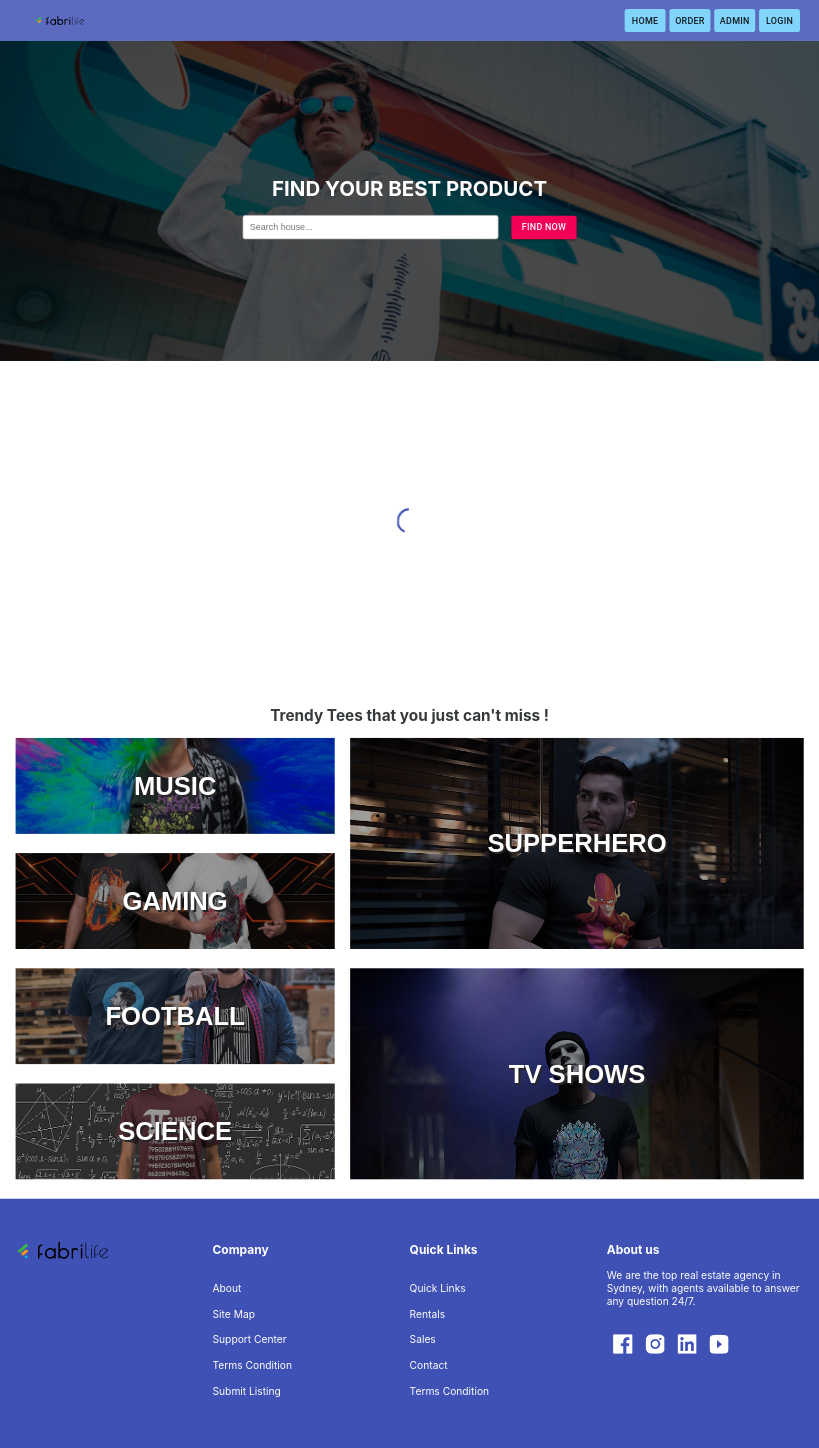
Repository: arif286/fabrilife-E-commerce-client-site
Page: /
The author's editor kept a copy of each file at every save. The page is drawn from the files as they stood at one save, then again after the next save.
The browser window is 1280 px wide. The pictures show the whole page, at 64% of full size.
The page's requests for data from a server got no answer. The project was rebuilt for these pictures with package versions that can differ from the ones it lists, and the page was loaded fresh each time. No one was signed in, and anything a server would have sent is missing. Also part of the build but not shown: src/components/Admin/Admin.css, src/components/Admin/AddEvent/AddEvent.css, src/components/Admin/AddEvent/AddEvent.js, src/components/Admin/ProductManage/ProductManage.js, src/components/Admin/Sidebar/Sidebar.css, src/components/Admin/Sidebar/Sidebar.js, src/components/Admin/Admin.js, src/components/CheckOut/CheckOut.css and 10 more.

Above is the page before, as saved 2021-04-01 20:10:59.

### src/App.js
import React, { createContext, useState } from "react";
import { BrowserRouter as Router, Route, Switch } from "react-router-dom";
import Admin from "./components/Admin/Admin";
import CheckOut from "./components/CheckOut/CheckOut";
import Header from "./components/Header/Header";
import Home from "./components/Home/Home";
import Login from "./components/Login/Login";
import NoMatch from "./components/NoMatch/NoMatch";
import Order from "./components/Order/Order";
import PrivateRoute from "./components/PrivateRoute/PrivateRoute";

export const UserContext = createContext()

function App() {
  const [loggedInUser, setLoggedInUser] = useState({});
  return (
    <UserContext.Provider value={[loggedInUser, setLoggedInUser]}>
      <Router>
        <Header />
        <Switch>
          <Route path="/home">
            <Home />
          </Route>
          <PrivateRoute path="/admin">
            <Admin/>
          </PrivateRoute>
          <PrivateRoute path="/productDetails/:id">
            <CheckOut />
          </PrivateRoute>
          <PrivateRoute path='/order'>
            <Order/>
          </PrivateRoute>
          <Route path="/login">
            <Login />
          </Route>
          <Route exact path="/">
            <Home />
          </Route>
          <Route path="*">
            <NoMatch />
          </Route>
        </Switch>
      </Router>
    </UserContext.Provider>
  );
}

export default App;

### src/components/Header/Header.js
import AppBar from "@material-ui/core/AppBar";
import Button from "@material-ui/core/Button";
import { createMuiTheme, makeStyles } from "@material-ui/core/styles";
import Toolbar from "@material-ui/core/Toolbar";
import Typography from "@material-ui/core/Typography";
import React from "react";
import { NavLink } from "react-router-dom";
import logo from "../../tshirt-shop/logos/fabrilife.svg";
import "./Header.css";



const theme = createMuiTheme({
  palette: {
    primary: {
      light: "#757ce8",
      main: "#3f50b5",
      dark: "#002884",
      contrastText: "#fff",
    },
    secondary: {
      main: "#4fc3f7",
    },
  },
});
const useStyles = makeStyles((theme) => ({
  root: {
    flexGrow: 1,
  },
  menuButton: {
    marginRight: theme.spacing(2),
  },
  title: {
    flexGrow: 1,
  },
  navbar: {
    backgroundColor: "#5c6bc0",
  },
  button: {
    backgroundColor: "#81d4fa",
    marginRight: "6px",
  },
}));

const Header = () => {
  const classes = useStyles();

  return (
    <div className={classes.root}>
      <AppBar className={classes.navbar} position="static">
        <Toolbar>
          <img
            style={{ width: "80px", marginLeft: "30px" }}
            src={logo}
            alt=""
          />
          <Typography variant="h6" className={classes.title}></Typography>
          <NavLink className="header-link" to="/home">
            <Button className={classes.button}>Home</Button>
          </NavLink>
          <NavLink className="header-link" to="/order">
            <Button className={classes.button}>Order</Button>
          </NavLink>
          <NavLink className="header-link" to="/admin">
            <Button className={classes.button}>Admin</Button>
          </NavLink>
          <NavLink className="header-link" to="/login">
            <Button className={classes.button}>Login</Button>
          </NavLink>
        </Toolbar>
      </AppBar>
    </div>
  );
};

export default Header;

### src/components/Home/Home.js
import React from 'react';
import Footer from '../Footer/Footer';
import LatestProduct from '../LatestProduct/LatestProduct';
import SearchBar from '../SearchBar/SearchBar';
import Shop from '../Shop/Shop';

const Home = () => {
    return (
        <>
            <SearchBar/>
            <Shop />
            <LatestProduct />
            <Footer/>
        </>
    );
};

export default Home;

### src/components/Header/Header.css
.header-link {
  text-decoration: none;
}

### src/components/Footer/Footer.js
import { Container, Grid } from "@material-ui/core";
import React from "react";
import { NavLink } from "react-router-dom";
import Logo from "../../tshirt-shop/logos/fabrilife.svg";
import Instagram from "../../tshirt-shop/logos/Vector-1.png";
import Linkedin from "../../tshirt-shop/logos/Vector-2.png";
import YouTube from "../../tshirt-shop/logos/Vector-3.png";
import Facebook from "../../tshirt-shop/logos/Vector.png";
import "./Footer.css";

const Footer = () => {
  const company = [
    { title: "About", id: 1 },
    { title: "Site Map", id: 2 },
    { title: "Support Center", id: 3 },
    { title: "Terms Condition", id: 4 },
    { title: "Submit Listing", id: 5 },
  ];
  const links = [
    { title: "Quick Links", id: 1 },
    { title: "Rentals", id: 2 },
    { title: "Sales", id: 3 },
    { title: "Contact", id: 4 },
    { title: "Terms Condition", id: 5 },
  ];
  return (
    <footer>
      <Container>
        <Grid container>
          <Grid item xs={12} sm={6} md={3}>
            <p>
              <img className="footer-logo" src={Logo} alt="" />
            </p>
          </Grid>
          <Grid item xs={12} sm={6} md={3}>
            <h3 style={{ color: "white" }}>Company</h3>
            {company.map((name) => (
              <div key={name.id}>
                <ul className="footer-link">
                  <li>
                    <NavLink to="/" className="company-list">
                      {name.title}
                    </NavLink>
                  </li>
                </ul>
              </div>
            ))}
          </Grid>
          <Grid item xs={12} sm={6} md={3}>
            <h3 style={{ color: "white" }}>Quick Links</h3>
            {links.map((name) => (
              <div key={name.id}>
                <ul className="footer-link">
                  <li>
                    <NavLink to="/" className="company-list">
                      {name.title}
                    </NavLink>
                  </li>
                </ul>
              </div>
            ))}
          </Grid>
          <Grid item xs={12} sm={6} md={3}>
            <h3 style={{ color: "white" }}>About us</h3>
            <div>
              <p style={{ color: "white" }}>
                We are the top real estate agency in Sydney, with agents
                available to answer any question 24/7.
              </p>
              <div className="social-link">
                <p>
                  <a href="/">
                    <img className="social-img" src={Facebook} alt="" />
                  </a>
                </p>
                <p className="social-link">
                  <a href="/">
                    <img className="social-img" src={Instagram} alt="" />
                  </a>
                </p>
                <p>
                  <a href="/">
                    <img className="social-img" src={Linkedin} alt="" />
                  </a>
                </p>
                <p>
                  <a href="/">
                    <img className="social-img" src={YouTube} alt="" />
                  </a>
                </p>
              </div>
            </div>
          </Grid>
        </Grid>
      </Container>
    </footer>
  );
};

export default Footer;

### src/components/LatestProduct/LatestProduct.js
import { Container, Grid } from '@material-ui/core';
import React from 'react';
import { NavLink } from 'react-router-dom';
import './LatestProduct.css';

const LatestProduct = () => {
    return (
      <Container>
        <h2 style={{ textAlign: "center", color: "#373a3c", marginTop:'40px'}}>
          Trendy Tees that you just can't miss !
        </h2>
        <Grid container spacing={3}>
          <Grid item md={5} sm={12}>
            <div className="music latest-product">
              <NavLink className="img-link" to="/">
                <div className="image-title">
                  <h1>music</h1>
                </div>
              </NavLink>
            </div>
            <div className="gaming latest-product">
              <NavLink className="img-link" to="/">
                <div className="image-title">
                  <h1>gaming</h1>
                </div>
              </NavLink>
            </div>
            <div className="football latest-product">
              <NavLink className="img-link" to="/">
                <div className="image-title">
                  <h1>football</h1>
                </div>
              </NavLink>
            </div>
            <div className="science latest-product">
              <NavLink className="img-link" to="/">
                <div className="image-title">
                  <h1>science</h1>
                </div>
              </NavLink>
            </div>
          </Grid>
          <Grid item sm={12} md={7}>
            <div className="supperHero latest-product">
              <NavLink className="img-link" to="/">
                <div className="image-title">
                  <h1>supperHero</h1>
                </div>
              </NavLink>
            </div>
            <div className="shows latest-product">
              <NavLink className="img-link" to="/">
                <div className="image-title">
                  <h1>Tv shows</h1>
                </div>
              </NavLink>
            </div>
          </Grid>
        </Grid>
      </Container>
    );
};

export default LatestProduct;

### src/components/SearchBar/SearchBar.js
import { Button } from "@material-ui/core";
import React from "react";
import "./SearchBar.css";

const SearchBar = () => {
  return (
    <div className="bgImage">
      <div className="search-bar">
        <h1>Find your best product</h1>
        <div className="search-bar">
          <input placeholder="Search house..." type="text" />
          <Button color="secondary" variant="contained">
            Find Now
          </Button>
        </div>
      </div>
    </div>
  );
};

export default SearchBar;

### src/components/Shop/Shop.js
import { Container, Grid } from "@material-ui/core";
import CircularProgress from "@material-ui/core/CircularProgress";
import { makeStyles } from "@material-ui/core/styles";
import axios from "axios";
import React, { useEffect, useState } from "react";
import ShopCard from "./ShopCard/ShopCard";

const useStyles = makeStyles((theme) => ({
  root: {
    display: "flex",
    justifyContent: "center",
    alignItems: "center",
    height: "500px",
  },
}));
const Shop = () => {
  const classes = useStyles();
     const [event, setEvent] = useState([]);

     useEffect(() => {
       axios
         .get("https://lychee-custard-24286.herokuapp.com/event")
         .then((res) => setEvent(res.data))
         .catch((error) => console.log(error));
     }, []);



    return (
      <div>
        {event.length === 0 ? (
          <div className={classes.root}>
            <CircularProgress />
          </div>
        ) : (
          <Container>
            <Grid container direction="column" alignItems="center">
              <h1> Discover the latest t-shirt available today</h1>
            </Grid>
            <Grid container spacing={4}>
              {event.map((product, index) => (
                <Grid item xs={12} sm={6} md={4}>
                  <ShopCard product={product} key={index} />
                </Grid>
              ))}
            </Grid>
          </Container>
        )}
      </div>
    );
};

export default Shop;

### src/components/Footer/Footer.css
footer {
  background-color: #3f51b5;
  padding-top: 50px;
  padding-bottom: 80px;
}
.footer-logo {
  width: 150px;
}
.footer-link {
  list-style: none;
  display: inline;
}
.company-list {
  text-decoration: none;
  color: white;
}
.company-list:hover {
  color: hotpink;
}
.social-link {
  display: flex;
}

.social-img {
  width: 30px;
  height: 30px;
}

.social-link p {
  padding: 10px;
  display: inline;
}

.social-link p a img:hover {
  background-color: aqua;
}

### src/components/LatestProduct/LatestProduct.css
.music {
  background-image: url("../../tshirt-shop/images/music-min.jpg");
  height: 150px;
}
.latest-product {
  background-repeat: no-repeat;
  background-size: cover;
  position: relative;
  overflow: hidden;
  margin-bottom: 30px;
}
.gaming {
  background-image: url("../../tshirt-shop//images/gaming-min.jpg");
  height: 150px;
}
.football {
  background-image: url("../../tshirt-shop/images/football-min.jpg");
  height: 150px;
}
.science {
  background-image: url("../../tshirt-shop/images/science-min.jpg");
  height: 150px;
}
.supperHero {
  background-image: url("../../tshirt-shop/images/superhero-min.jpg");

  height: 330px;
}
.shows {
  background-image: url("../../tshirt-shop/images/tv-min.jpg");
  height: 330px;
}

.img-link {
  top: 0;
  left: 0;
  display: block;
  overflow: hidden;
  height: 100%;
  width: 100%;
  position: absolute;
  background: #00000061;
}
.image-title {
  position: absolute;
  top: 50%;
  width: 100%;
  text-align: center;
  transform: translateY(-50%);
}
.image-title h1 {
  padding: 10px;
  color: white;
  font-size: 2.5rem;
  text-transform: uppercase;
  font-family: "Fjalla One", sans-serif;
  text-shadow: 3px 3px #272525;
}

### src/components/SearchBar/SearchBar.css
.bgImage {
  background-image: linear-gradient(#000000b3, #000000b3),
    url("../../tshirt-shop/images/websiteheader2.png") !important;
  background-repeat: no-repeat;
  background-size: cover;
  min-height: 500px;
  width: 100%;
  display: flex;
  justify-content: center;
  align-items: center;
}
.search-bar h1 {
  color: white;
  text-transform: uppercase;
}
.search-bar input {
  min-width: 400px;
  display: inline-block;
  box-sizing: border-box;
  padding: 10px;
  border-radius: 4px;
  font-size: 14px;
  border: 1px solid #999999;
  outline: none;
  margin-right: 20px;
}
.search-bar {
  text-align: center;
}

Loaded but not shown: public/index.html (common file); src/index.js (common file); src/index.css (common file); src/reportWebVitals.js (common file); src/components/Shop/ShopCard/ShopCard.css (no stored copy; drawn as an empty file)

After the next save:
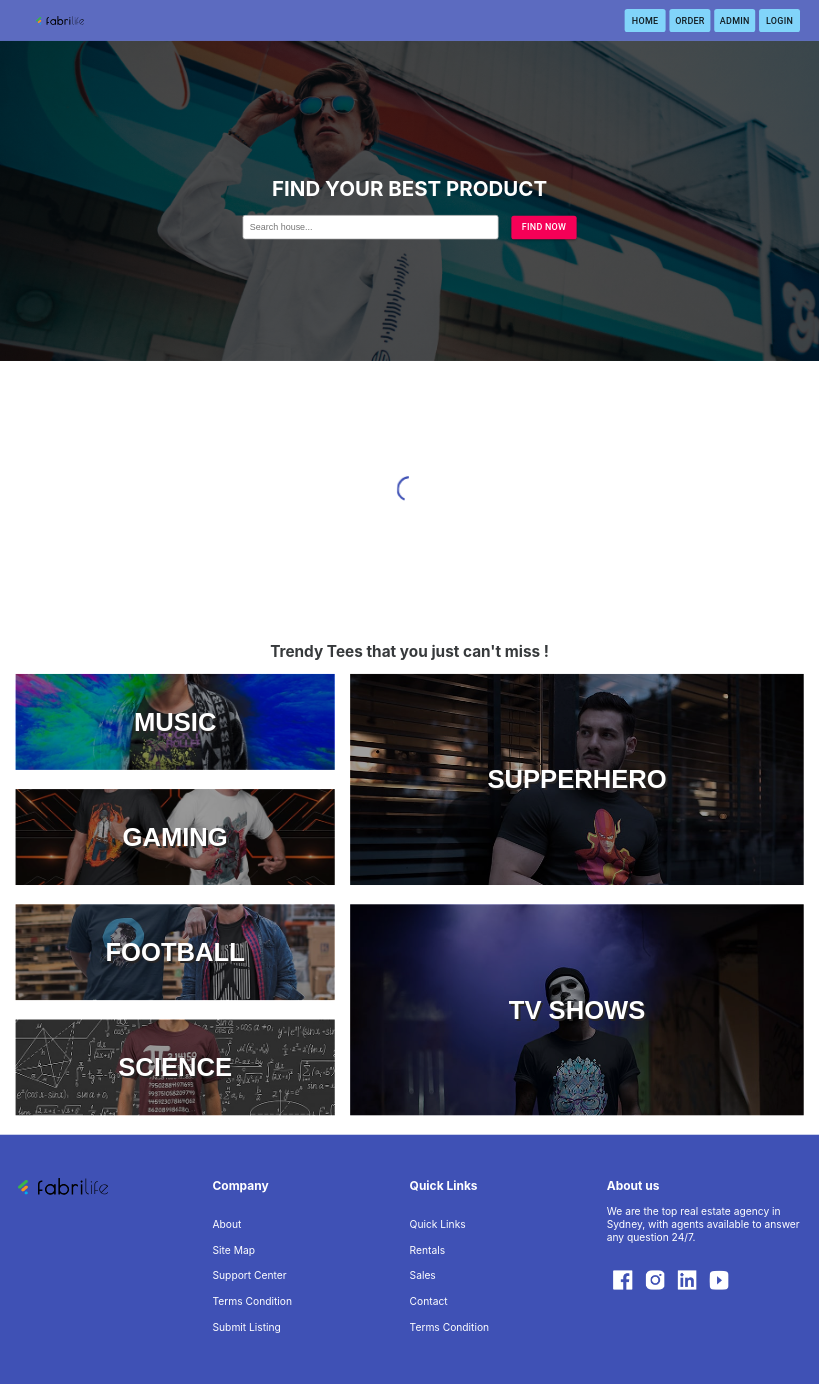
Saved 15 s later.
--- a/src/components/Shop/Shop.js
+++ b/src/components/Shop/Shop.js
@@ -10,7 +10,7 @@
     display: "flex",
     justifyContent: "center",
     alignItems: "center",
-    height: "500px",
+    height: "400px",
   },
 }));
 const Shop = () => {
